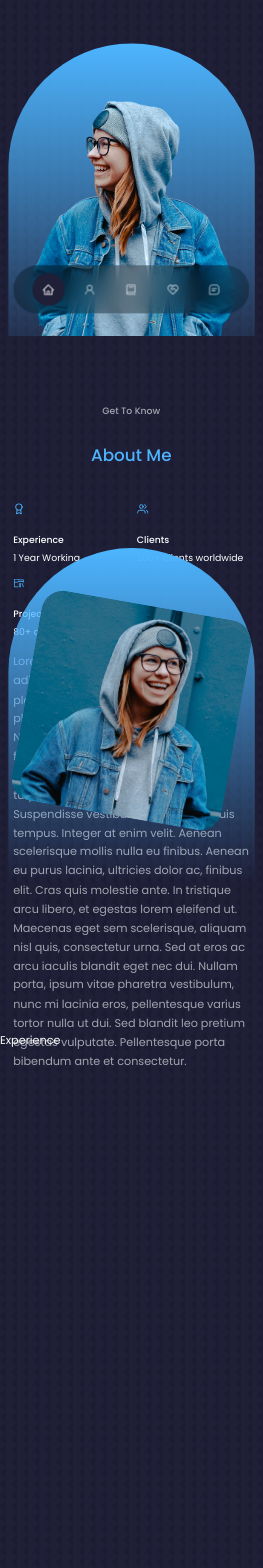
Repository: smallchungus/resumeWebsite
Page: / (app in hello/)
The author's editor kept a copy of each file at every save. The page is drawn from the files as they stood at one save, then again after the next save.
The browser window is 375 px wide. The pictures show the part of the page from y = 320 to 2560 px (the page is 6203 px tall), at 70% of full size.
The project was rebuilt for these pictures with package versions that can differ from the ones it lists, and the page was loaded fresh each time. Also part of the build but not shown: hello/src/components/experience/experience.css, hello/src/components/portfolio/portfolio.css, hello/src/components/contact/contact.css, hello/src/components/footer/footer.css. Imported but missing from the stored project, and not drawn on this page: hello/src/assets/cv.pdf.

Above is the page before, as saved 2023-03-23 18:13:22.

### hello/public/index.html
<!DOCTYPE html>
<html lang="en">

<head>
    <meta charset="UTF-8">
    <meta http-equiv="X-UA-Compatible" content="IE=edge">
    <meta name="viewport" content="width-device-width, initial-scale=1.0">
    <title>Resume Portfolio Website</title>
</head>
<body>
    <div id="root"></div>
</body>
</html>

### hello/src/App.jsx
import React from 'react'
import Header from './components/header/Header'
import Nav from './components/nav/Nav'
import About from './components/about/About'
import Experience from './components/experience/Experience'
import Services from './components/services/Services'
import Portfolio from './components/portfolio/Portfolio'
import Testimonial from './components/testimonial/Testimonial'
import Contact from './components/contact/Contact'
import Footer from './components/footer/Footer'

const App = () => {
  return (
    <>
    <Header />
    <Nav />
    <About />
    <Experience />
    <Services />
    <Portfolio />
    <Testimonial />
    <Contact />
    <Footer />
    </>
  )
}

export default App

### hello/src/index.css
@import url('https://fonts.googleapis.com/css2?family=Poppins:wght@300;400;500;600&display=swap');

*{
    margin: 0;
    padding: 0;
    border :0;
    outline: 0;
    box-sizing: border-box;
    list-style: none;
    text-decoration: none;

}

:root {
    --color-bg: #1f1f38;
    --color-bg-variant: #2c2c6c;
    --color-primary: #4db5ff;
    --color-primary-variant: rgba(77, 181, 255, 0.4);
    --color-white: #fff;
    --color-light: rgba(255,255,255,0.6);

    --transition: all 400ms ease;

    --container-width-lg: 75%;
    --container-width-md: 86%;
    --container-width-sm: 90%;

}

html{
    scroll-behavior: smooth;
}

body{
    font-family: 'Poppins', sans-serif;
    background: var(--color-bg);
    color: var(--color-white);
    line-height: 1.7;
    background-image: url(../src/assets/bg-texture.png)
}

/* ======================= General Styles =================*/

.container{
    width: var(--container-width-lg);
    margin: 0 auto;
}

h1,h2,h3,h4,h5{
    font-weight: 500;
}

h1{
    font-size:2.5rem;

}

section {
    margin-top: 8rem;
    height: 100vh;
}

section > h2, section > h5 {
    text-align: center;
    color: var(--color-light);
}

section > h2 {
    color: var(--color-primary);
    margin-bottom: 3rem;
}

.text-light{
    color:var(--color-light);
}

a{
    color: var(--color-primary);
    transition: var(--transition);
}

a:hover{
    color: var(--color-white);
}

.btn{
    width: max-content;
    display: inline-block;
    color: var(--color-primary);
    padding: 0.75rem 1.2rem;
    border-radius: 0.4rem;
    cursor: pointer;
    border: 1px solid var(--color-primary);
    transition: var( --transition );
}

.btn:hover{
    background: var(--color-white);
    color: var(--color-bg);
    border-color: transparent;
}

.btn-primary{
    background: var(--color-primary);
    color: var(--color-bg);
}

img{
    display: block;
    width: 100%;
    object-fit: cover;
}


/*==================Media Queries (Medium Devices ) ============= */
@media screen and (max-width: 1024px) {
    .container{
        width: var(--container-width-md);
    }

    section{
        margin-top: 6rem;
    }
}

/*==================Media Queries (Small Devices ) ============= */
@media screen and (max-width: 600px) {
    .container{
        width: var(--container-width-sm);
    }

    section > h2{
        margin-top: 2rem;
    }
}

### hello/src/components/header/Header.jsx
import React from 'react'
import './header.css'
import CTA from './CTA'
import ME from '../../assets/me.png'
import HeaderSocials from './HeaderSocials'
const Header = () => {
  return (
    <header>
      <div className="container header_container">
        <h5>Hello I'm</h5>
        <h1>William Chen</h1>
        <h5 className='text-light'>Fullstack Developer</h5>
        <CTA />
        <HeaderSocials/>

        <div className="me">
          <img src={ME} alt="me" />
        </div>

        <a href='#contact' className='scroll_down'>Scroll down</a>
      </div>
    </header>
  )
}

export default Header

### hello/src/components/nav/Nav.jsx
import React from 'react'
import './nav.css'
import {AiOutlineHome} from 'react-icons/ai'
import {AiOutlineUser}  from 'react-icons/ai'
import {BiBook} from 'react-icons/bi'
import {RiServiceLine} from 'react-icons/ri'
import {BiMessageSquareDetail} from 'react-icons/bi'
import {useState} from 'react'

const Nav = () => {
  const[activeNav, setActiveNav] = useState('#');
  return (
    <nav>
      <a href="#" onClick={() => setActiveNav('#')} className={activeNav === '#' ? 'active' : ''}><AiOutlineHome/></a>
      <a href="#about" onClick={() => setActiveNav('#about')} className={activeNav === '#about' ? 'active' : ''}><AiOutlineUser/></a>
      <a href="#experience" onClick={() => setActiveNav('#experience')} className={activeNav === '#experience' ? 'active' : ''}><BiBook/></a>
      <a href="#services" onClick={() => setActiveNav('#services')} className={activeNav === '#services' ? 'active' : ''}><RiServiceLine/></a>
      <a href="#contact" onClick={() => setActiveNav('#contact')} className={activeNav === '#contact' ? 'active' : ''}><BiMessageSquareDetail/></a>
    </nav>
  )
}

export default Nav

### hello/src/components/about/About.jsx
import React from 'react'
import './about.css'
import ME from '../../assets/me-about.jpg'
import {FiAward} from 'react-icons/fi'
import {FiUsers} from 'react-icons/fi'
import {VscFolderLibrary} from 'react-icons/vsc'

const About = () => {
  return (
    <section id='about'>
      <h5>Get To Know </h5>
      <h2>About Me</h2>

      <div className="container about_container">
        <div className="about me" >
          <div className="about_me-image">
          <img src={ME} alt="About Image" />
          </div>
        </div>

        <div className="about_content">
          <div className="about_cards">
            <article classNane="about_card">
              <FiAward className='about_icon'/>
              <h5>Experience</h5>
              <small>1 Year Working</small>
            </article>

            <article classNane="about_card">
              <FiUsers className='about_icon'/>
              <h5>Clients</h5>
              <small>200+ clients worldwide</small>
            </article>

            <article classNane="about_card">
              <VscFolderLibrary className='about_icon'/>
              <h5>Projects</h5>
              <small>80+ completed</small>
            </article>
          </div>

          <p>
          Lorem ipsum dolor sit amet, consectetur adipiscing elit. Etiam lacinia nisl sit amet placerat gravida. Phasellus nibh neque, placerat in faucibus
          id, eleifend id dui. Nunc ultrices condimentum elit eu faucibus. Curabitur sed libero magna. Pellentesque magna dui, egestas sed turpis
          sit amet, pretium dictum orci. Suspendisse vestibulum lacinia elit quis tempus. Integer at enim velit. Aenean scelerisque mollis nulla eu finibus. Aenean eu purus lacinia, ultricies dolor ac, finibus elit.
          Cras quis molestie ante. In tristique arcu libero, et egestas lorem eleifend ut. Maecenas eget sem scelerisque, aliquam nisl quis, consectetur urna. Sed at eros ac arcu iaculis blandit eget nec dui. Nullam porta,
          ipsum vitae pharetra vestibulum, nunc mi lacinia eros, pellentesque varius tortor nulla ut dui. Sed blandit leo pretium egestas vulputate. Pellentesque porta bibendum ante et consectetur.



          </p>


        </div>

      </div>

    </section>
  )
}

export default About

### hello/src/components/experience/Experience.jsx
import React from 'react'
import './experience.css'
const Experience = () => {
  return (
    <section id='experience'>Experience</section>
  )
}

export default Experience

### hello/src/components/portfolio/Portfolio.jsx
import React from 'react'
import './portfolio.css'


const Portfolio = () => {
  return (
    < section id='portfolio'>Portfolio</section>
  )
}

export default Portfolio

### hello/src/components/testimonial/Testimonial.jsx
import React from 'react'
import './testimonial.css'
const Testimonial = () => {
  return (
    <section id='testimonials'>Testimonial</section>
  )
}

export default Testimonial

### hello/src/components/contact/Contact.jsx
import React from 'react'
import './contact.css'
const Contact = () => {
  return (
    <section id='contact'>Contact</section>
  )
}

export default Contact

### hello/src/components/header/header.css
header {
    height: 100vh;
    padding-top: 7rem;
    overflow: hidden;
}

.header_container{
    text-align: center;
    height: 100%;
    position: relative;
}

/*========================= CTA ======================= */
.cta {
    margin-top: 2.5rem;
    display: flex;
    gap: 1.2rem;
    justify-content: center;

}

/* ======================= Header Socials ==================== */
.header_socials {
    display: flex;
    flex-direction: column;
    align-items: center;
    gap: 0.8rem;
    position: absolute;
    left: 0;
    bottom: 3rem;

}

.header_socials::after{
    content: '';
    width: 1px;
    height: 2rem;
    background: var(--color-primary);
}

/* ===================== ME ==================*/

.me{
    background: linear-gradient(var(--color-primary), transparent);
    width: 22rem;
    height: 30rem;
    position: absolute;
    left: calc(50% - 11rem);
    margin-top: 4rem;
    border-radius: 12rem 12rem 0 0;
    overflow: hidden;
    padding: 5rem 1.5rem 1.5rem 1.5rem;

}

.scroll_down {
    position: absolute;
    right: -2.3rem;
    bottom: 5rem;
    transform: rotate(90deg);
    font-weight: 300;
    font-size: 0.9rem;
}

@media screen and (max-width: 600px) {
    header {
        height: 100vh;
    }
}

@media screen and (max-width: 600px)
{
    header {
        height: 100vh;
    }

    .header_socials, .scroll_down{
        display: none;
    }
}

### hello/src/components/header/CTA.jsx
import React from 'react'
import CV from '../../assets/cv.pdf'
const CTA = () => {
  return (
    <div className ='cta'>
        <a href={CV} download className='btn'>Download CV</a>
        <a href="#contact" className='btn btn-primary'>Let's Talk</a>
    </div>
  )
}

export default CTA

### hello/src/components/header/HeaderSocials.jsx
import React from 'react'
import {BsLinkedin} from 'react-icons/bs'
import {BsGithub} from 'react-icons/bs'
import {AiFillDribbbleSquare} from 'react-icons/ai'
const HeaderSocials = () => {
  return (
    <div className='header_socials'>
        <a href="https://linkedin.com/willchenn" target="_blank"><BsLinkedin></BsLinkedin></a>
        <a href="https://github.com/smallchungus" target="_blank"><BsGithub></BsGithub></a>
        <a href="https://dribble.com/" target="_blank"><AiFillDribbbleSquare></AiFillDribbbleSquare></a>
        </div>
  )
}

export default HeaderSocials

### hello/src/components/nav/nav.css
nav {
    background: rgba(0, 0, 0, 0.3);
    width: max-content;
    display: block;
    padding: 0.7rem 1.7rem;
    z-index: 2;
    position: fixed;
    left: 50%;
    transform: translateX(-50%);
    bottom: 2rem;
    display: flex;
    gap: 0.8rem;
    border-radius: 3rem;
    backdrop-filter: blur(15px);
}

nav a{
    background: transparent;
    padding: 0.9rem;
    border-radius: 50%;
    display: flex;
    color: var(--color-light);
    font-size: 1.1rem;
}

nav a:hover{
    background: rgba(0,0,0,0.3);
}

nav a.active {
    background: var(--color-bg);
    color: var(--color-white);
}

### hello/src/components/about/about.css
.about_container {
    display: grid;
    grid-template-columns: 35% 50%;
    gap: 15%;
}

.about_me {
    width: 100%;
    aspect-ratio: 1/1;
    border-radius: 2rem;
    background: linear-gradient(
        45deg,
        transparent,
        var(--color-primary),
        transparent
    );
    display: grid;
    place-items: center;
}

.about_me-image{
    border-radius: 2rem;
    overflow: hidden;
    transform: rotate(10deg);
    transition: var(--transition);

}

.about_me-image:hover{
    transform: rotate(0);
}

.about_cards{
    display: grid;
    grid-template-columns: repeat(3, lfr);
    gap: 1.5rem;
}

.about_card {
    background: var(--color-bg-variant);
    border: 1px solid transparent;
    border-radius: 1rem;
    padding: 2rem;
    text-align: center;
    transition: var(--transition);
}

.about_card:hover {
    background: transparent;
    border-color: var(--color-primary-variant);
    cursor: default;
}

.about_icon {
    color: var(--color-primary);
    font-size: 1.4 rem;
    margin-bottom: 1rem;
}

.about_card h5 {
    font-size: 0.95rem;
}

.about_card small {
    font-size: 0.7 rem;
    color: var(--color-light);
}

.about_content p {
    margin: 2rem 0 2.6 rem;
    color: var(--color-light);
}

@media screen and (max-width: 1024px) {
    .about_container {
        grid-template-columns: 1fr;
        gap: 0;
    }

    .about_me {
        width: 50%;
        margin: 2rem auto 4rem;
    }

    .about_content p{
        margin: 1rem 0 1.5rem;
    }
}

@media screen and (max-width: 600px )
{
    .about_me{
        width: 65%;
        margin: 0 auto 3rem;
    }
    .about_cards {
        grid-template-columns: 1fr 1fr;
        gap: 1rem;
    }

}

Loaded but not shown: hello/src/index.js (common file); hello/src/components/services/Services.jsx (common file); hello/src/components/footer/Footer.jsx (common file); hello/src/components/services/services.css (no stored copy; drawn as an empty file); hello/src/components/testimonial/testimonial.css (no stored copy; drawn as an empty file)

After the next save:
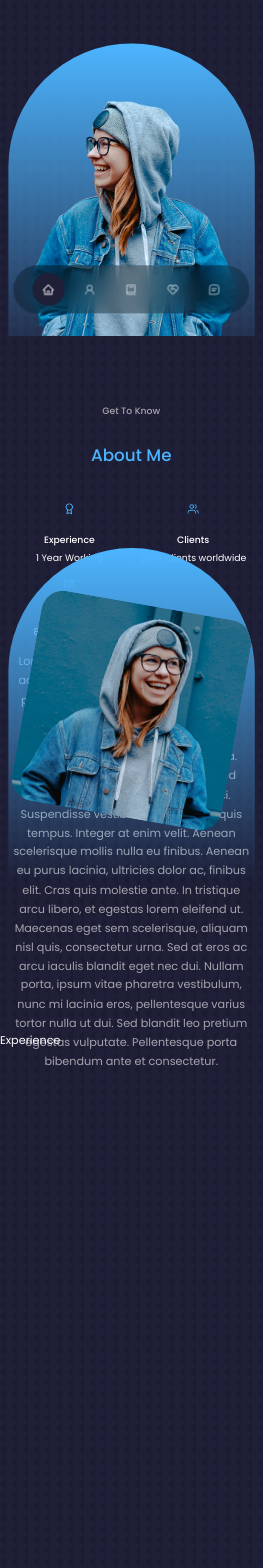
Saved 12 s later.
--- a/hello/src/components/about/about.css
+++ b/hello/src/components/about/about.css
@@ -97,5 +97,8 @@
         grid-template-columns: 1fr 1fr;
         gap: 1rem;
     }
+    .about_content {
+        text-align: center;
+    }
 
 }
